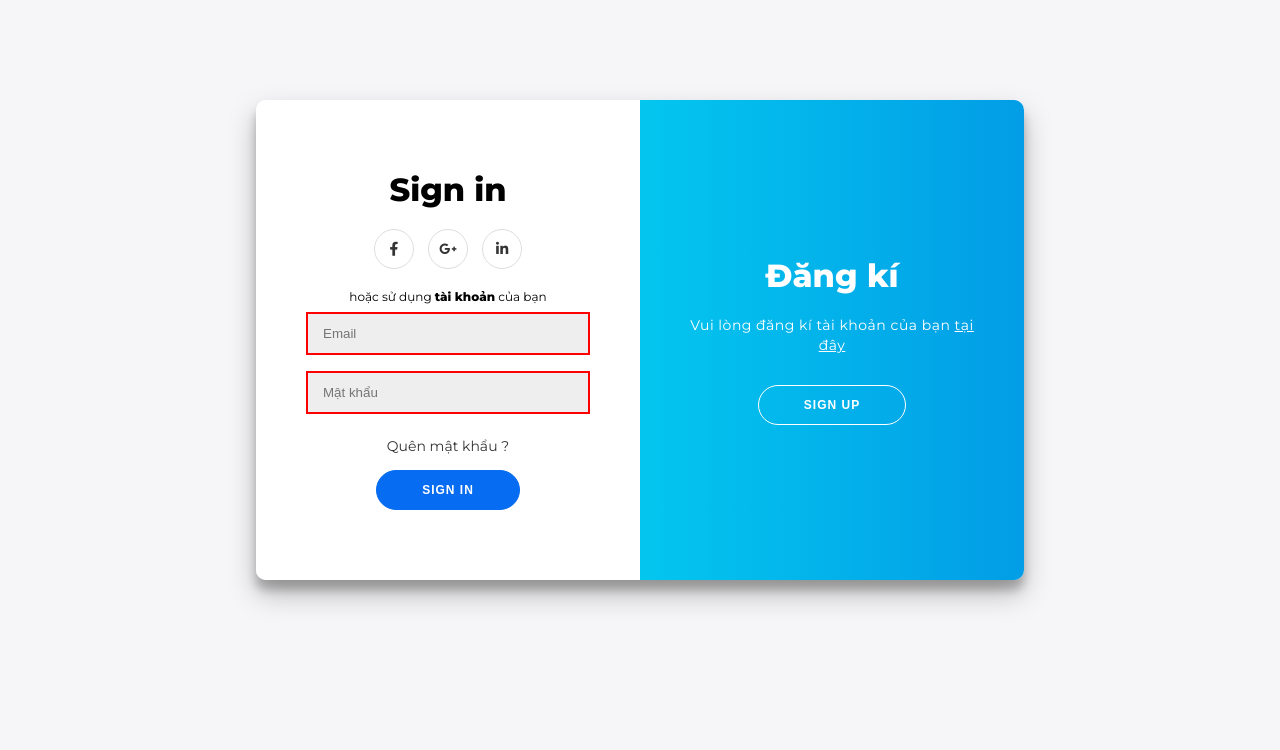
Repository: tranvanthinh/Login_register
Page: index.html
An editor plug-in stored every save of this project. The page is shown before and after the next save, followed by the edit.
The browser window is 1280 px wide. The pictures show the whole page.
Some web libraries are served in a nearby version.

Above is the page before, as saved 2021-12-31 10:53:10.
Console error: TypeError: Cannot read properties of null (reading 'addEventListener')

After the next save:
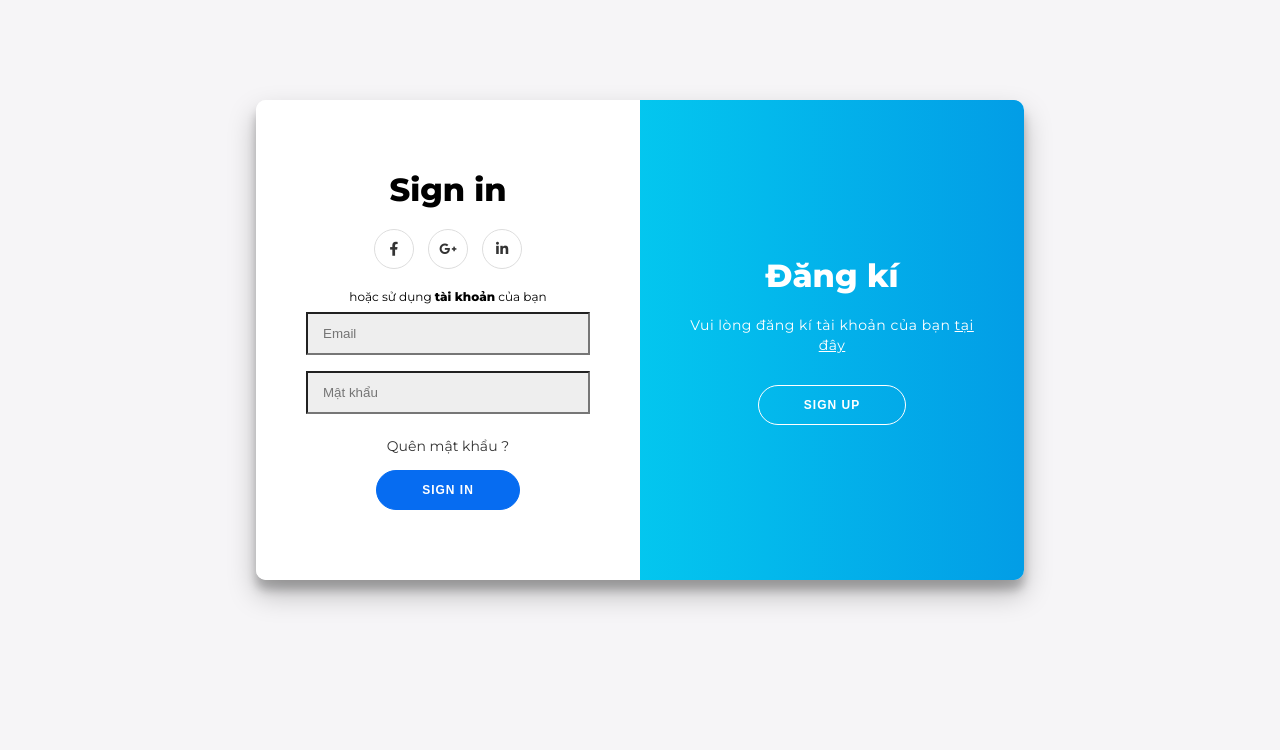
Saved 10 s later.
--- a/css/style.css
+++ b/css/style.css
@@ -85,7 +85,7 @@ form {
 
 input {
   background-color: #eee;
-  border: 2px solid red;
+  /* border: 2px solid red; */
   padding: 12px 15px;
   margin: 8px 0;
   width: 100%;
